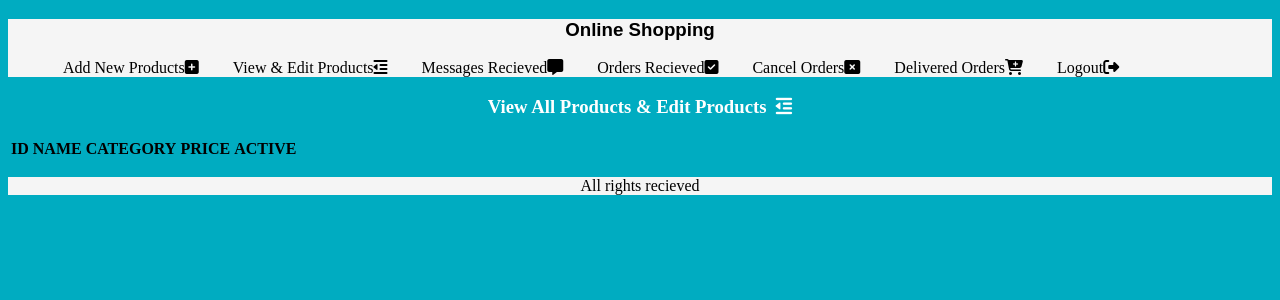
Repository: NidhiDaniel/E-Cart
Page: http://localhost/Online-Shopping-Cart/admin/product-view.jsp
The author's editor kept a copy of each file at every save. The page is drawn from the files as they stood at one save, then again after the next save.
The browser window is 1280 px wide. The pictures show the whole page.
Some web libraries are served in a nearby version. The page is served by Tomcat 9. Queries for data that is not in the repository find no rows.

Above is the page before, as saved 2024-01-06 05:04:03.

### Online-Shopping-Cart/src/main/webapp/admin/product-view.jsp
<%@page import="com.db.connection.DAOConnection"%>
<%@page import="java.sql.*"%>
<%@ page language="java" contentType="text/html; charset=ISO-8859-1"
	pageEncoding="ISO-8859-1"%>
<%@include file="adminheader.jsp"%>
<!DOCTYPE html>
<html>
<head>
<meta charset="ISO-8859-1">
<title>Insert title here</title>
<link rel="stylesheet" type="text/css" href="../css/admin-product.css">
</head>
<body>

	<h3 style="color: white; text-align: center;">View All Products & Edit
		Products &nbsp;<i class="fa fa-outdent"></i></h3>
	<table>
		<tr>
			<th>ID</th>
			<th>NAME</th>
			<th>CATEGORY</th>
			<th>PRICE</th>
			<th>ACTIVE</th>
		</tr>
		<%
	try {
		Connection con = DAOConnection.getConnection();
		Statement stmt = con.createStatement();
		ResultSet rs = stmt.executeQuery("select * from product");
		while(rs.next())
		{%>
		<tr>
			<td><% rs.getInt(1);%></td>
			<td><% rs.getString(2);%></td>
			<td><% rs.getString(3);%></td>
			<td><% rs.getDouble(4);%></td>
			<td><% rs.getString(5);%></td>
		</tr>
		<%}
	} catch (Exception e) {

	}
	%>
	</table>

</body>
<%@include file="../footer.jsp"%>
</html>

### Online-Shopping-Cart/src/main/webapp/admin/adminheader.jsp
<%@ page language="java" contentType="text/html; charset=ISO-8859-1"
	pageEncoding="ISO-8859-1"%>
<!DOCTYPE html>
<html>
<head>
<meta charset="ISO-8859-1">
<title>Insert title here</title>
<link rel="stylesheet" type="text/css" href="../css/header.css">
<link rel="stylesheet" href="https://cdnjs.cloudflare.com/ajax/libs/font-awesome/4.7.0/css/font-awesome.min.css">
<script src='https://kit.fontawesome.com/a076d05399.js' crossorigin='anonymous'></script>
</head>
<body>
	<div class="header sticky">
	   <h3>Online Shopping</h3>
		<ul>
			<li><a href="addproduct.jsp"> Add New Products<i class="fa fa-plus-square"></i></a></li>
			<li><a href="product-view.jsp"> View & Edit Products<i class="fa fa-outdent"></i></a></li>
			<li><a href="#"> Messages Recieved<i class="fas fa-comment-alt"></i></a></li>
			<li><a href="#"> Orders Recieved<i class="fa fa-check-square"></i></a></li>
			<li><a href="#"> Cancel Orders<i class="fa fa-window-close"></i></a></li>
			<li><a href="#"> Delivered Orders<i class="fa fa-cart-plus"></i></a></li>
			<li><a href="#"> Logout<i class="fa fa-sign-out"></i></a></li>
		</ul>

	</div>
</body>
</html>

### Online-Shopping-Cart/src/main/webapp/footer.jsp
<%@ page language="java" contentType="text/html; charset=ISO-8859-1"
    pageEncoding="ISO-8859-1"%>
<!DOCTYPE html>
<html>
<head>
<meta charset="ISO-8859-1">
<title>Insert title here</title>
<link rel="stylesheet" type="text/css" href="../css/footer.css">
</head>
<body>
<div class="footer">
<p>All rights recieved</p>
</div>
</body>
</html>

### Online-Shopping-Cart/src/main/java/com/db/connection/DAOConnection.java
package com.db.connection;

import java.sql.Connection;
import java.sql.DriverManager;

import com.mysql.cj.jdbc.Driver;

public class DAOConnection {


public static Connection getConnection() {
	 Connection con=null;
	   try {
		DriverManager.registerDriver(new Driver());
        con=DriverManager.getConnection("jdbc:mysql://localhost:3306/online_cart","root","admin");
	} catch (Exception e) {
		e.printStackTrace();
	}
	return con;
   }
}

### Online-Shopping-Cart/src/main/webapp/css/header.css
@charset "ISO-8859-1";
body{
	background: #00ACC1;
}
.header{
	width: auto;
	height:auto;
	background: #f5f5f5;
}
.header ul li{
	list-style: none;
	display: inline-block;

}
.header h3{
	text-align: center;
	font-family: sans-serif;
	font-weight: 900;
}
.header ul li a{
	margin: 15px;
    text-decoration: none;
    color: black;
    font-weight: 500;
}

### Online-Shopping-Cart/src/main/webapp/css/admin-product.css
@charset "ISO-8859-1";
.product-container{
	width:100%;
}
.product-form h3{
	color:#FBC02D;
	text-align:center;
}
.product-form input,select{
	width:50%;
	height: 30px;
	border-radius:4px;
}
.success-msg{
	color:#FBC02D;
	text-align:center;
	font-size: 20px;
	font-weight: 600;
}
.failure-msg{
	color:#C62828;
	font-size: 20px;
	font-weight: 600;
}

### Online-Shopping-Cart/src/main/webapp/css/footer.css
@charset "ISO-8859-1";
.footer{
	background: #f5f5f5;
}
.footer p{
text-align: center;
}

After the next save:
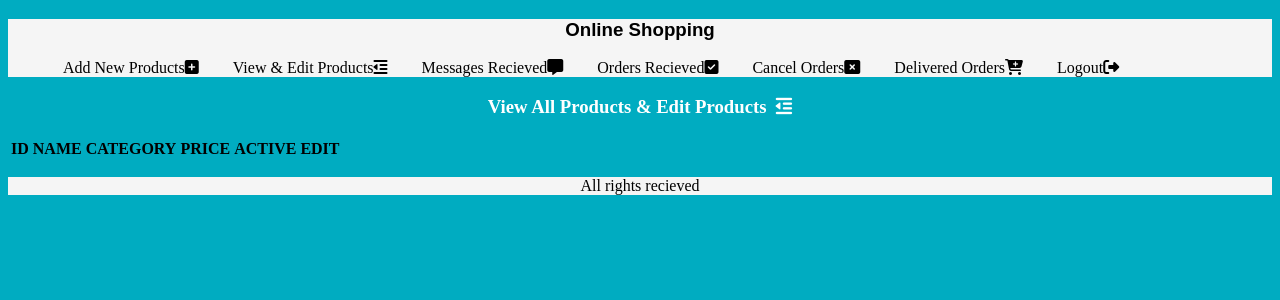
Saved 107 s later.
--- a/Online-Shopping-Cart/src/main/webapp/admin/product-view.jsp
+++ b/Online-Shopping-Cart/src/main/webapp/admin/product-view.jsp
@@ -21,6 +21,7 @@
 			<th>CATEGORY</th>
 			<th>PRICE</th>
 			<th>ACTIVE</th>
+			<th>EDIT</th>
 		</tr>
 		<%
 	try {
